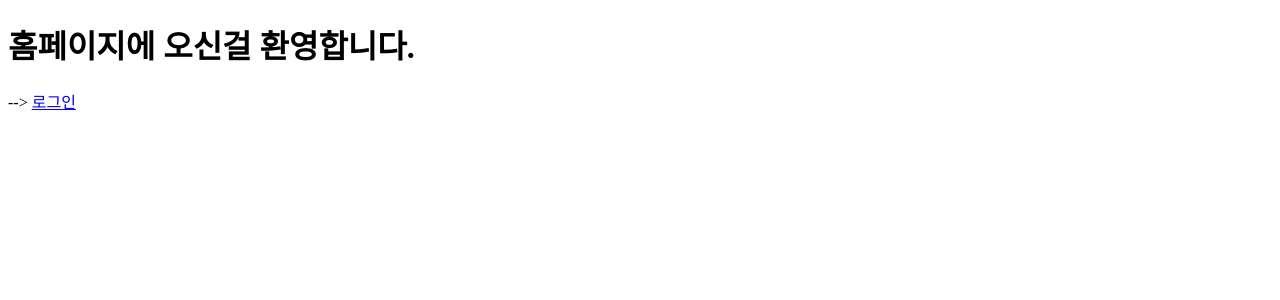
Repository: ExiNni/Travel-Project
Page: http://localhost/testFolder/home.jsp
An editor plug-in stored every save of this project. The page is shown before and after the next save, followed by the edit.
The browser window is 1280 px wide. The pictures show the whole page.
The page is served by Tomcat 9. Other server files are loaded and not shown.

Above is the page before, as saved 2023-11-08 01:44:32.

### testFolder/src/main/webapp/home.jsp
<%@ page language="java" contentType="text/html; charset=EUC-KR"
    pageEncoding="EUC-KR"%>
<!DOCTYPE html>
<html>
<head>
<meta charset="EUC-KR">
<title>홈페이지</title>
<script>
	function displayLoginFail(){
		alert("로그인에 실패하였습니다.");// 팝업으로 표시할 오류 메세지
	}
</script>
</head>
<body>
<h1>홈페이지에 오신걸 환영합니다.</h1>
 -->
 <%
 	if (session.getAttribute("mno") != null){
 %>
 	<a href="logout.jsp">로그아웃</a>
 <%
 	} else{
 %>
	<a href="login.jsp">로그인</a>
 <%
	}
 %>

 <%
   String loginError = (String) request.getAttribute("loginError");

 	if(loginError != null) {
 %>
 <script>
 	displayLoginFail();
 </script>

<%
 	}
%>

</body>
</html>

After the next save:
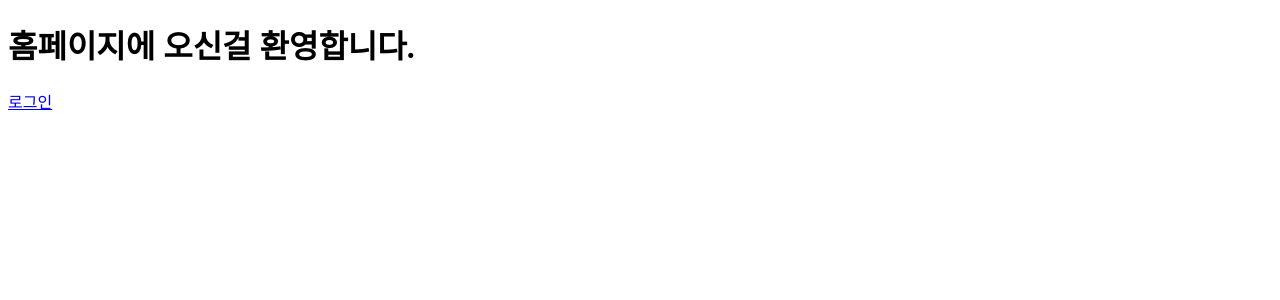
Saved 4 s later.
--- a/testFolder/src/main/webapp/home.jsp
+++ b/testFolder/src/main/webapp/home.jsp
@@ -13,7 +13,6 @@
 </head>
 <body>
 <h1>홈페이지에 오신걸 환영합니다.</h1>
- -->
  <%
  	if (session.getAttribute("mno") != null){
  %>
